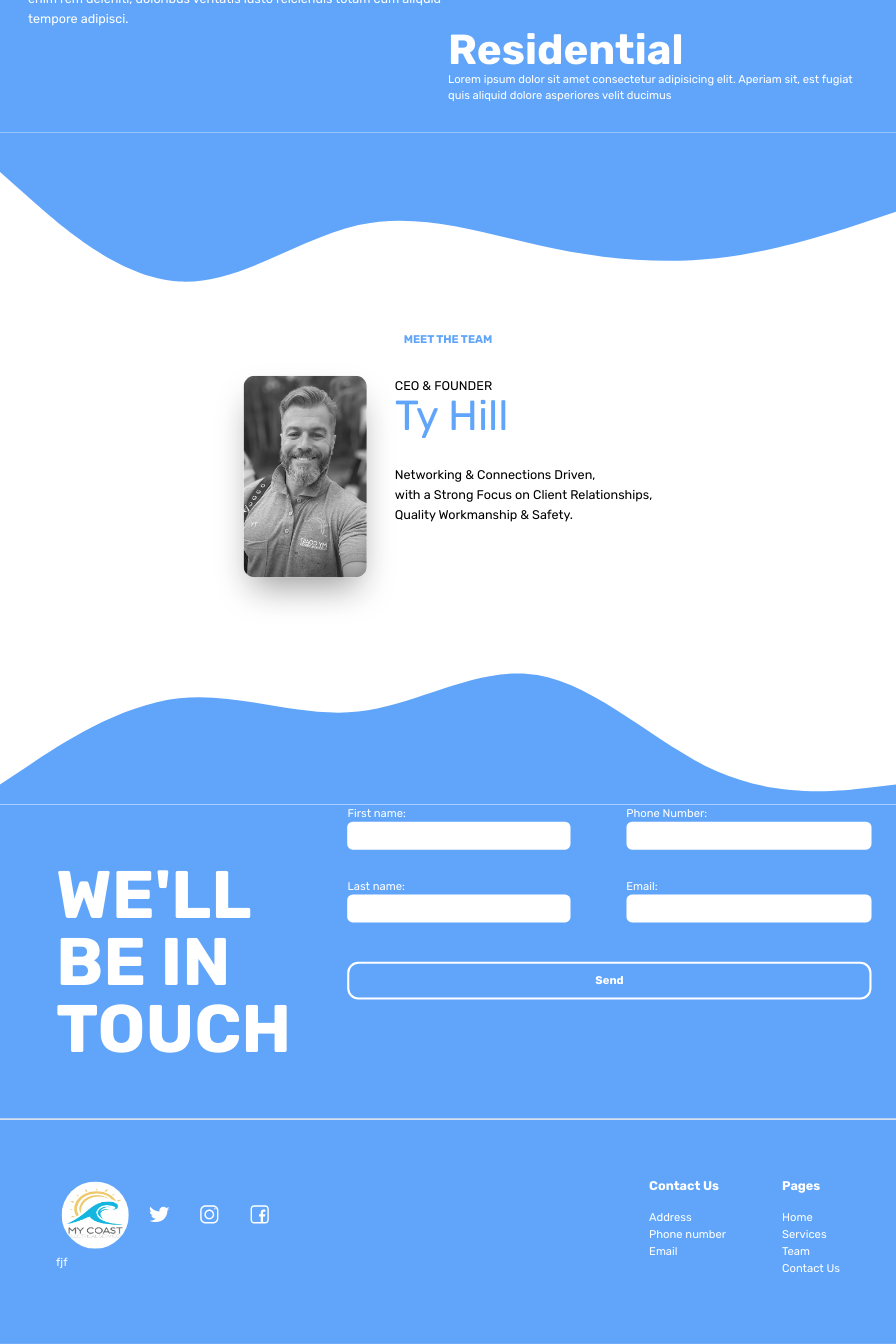
Repository: Jace-Kington/mce-website
Page: /
An editor plug-in stored every save of this project. The page is shown before and after the next save, followed by the edit.
The browser window is 1280 px wide. The pictures show the part of the page from y = 1377 to 3297 px (the page is 3297 px tall), at 70% of full size.
The project was rebuilt for these pictures with package versions that can differ from the ones it lists, and the page was loaded fresh each time. The framework's server and built-in components were replaced by stand-ins that run in the browser. Also part of the build but not shown: next.config.js.

Above is the page before, as saved 2022-11-12 14:30:27.

After the next save:
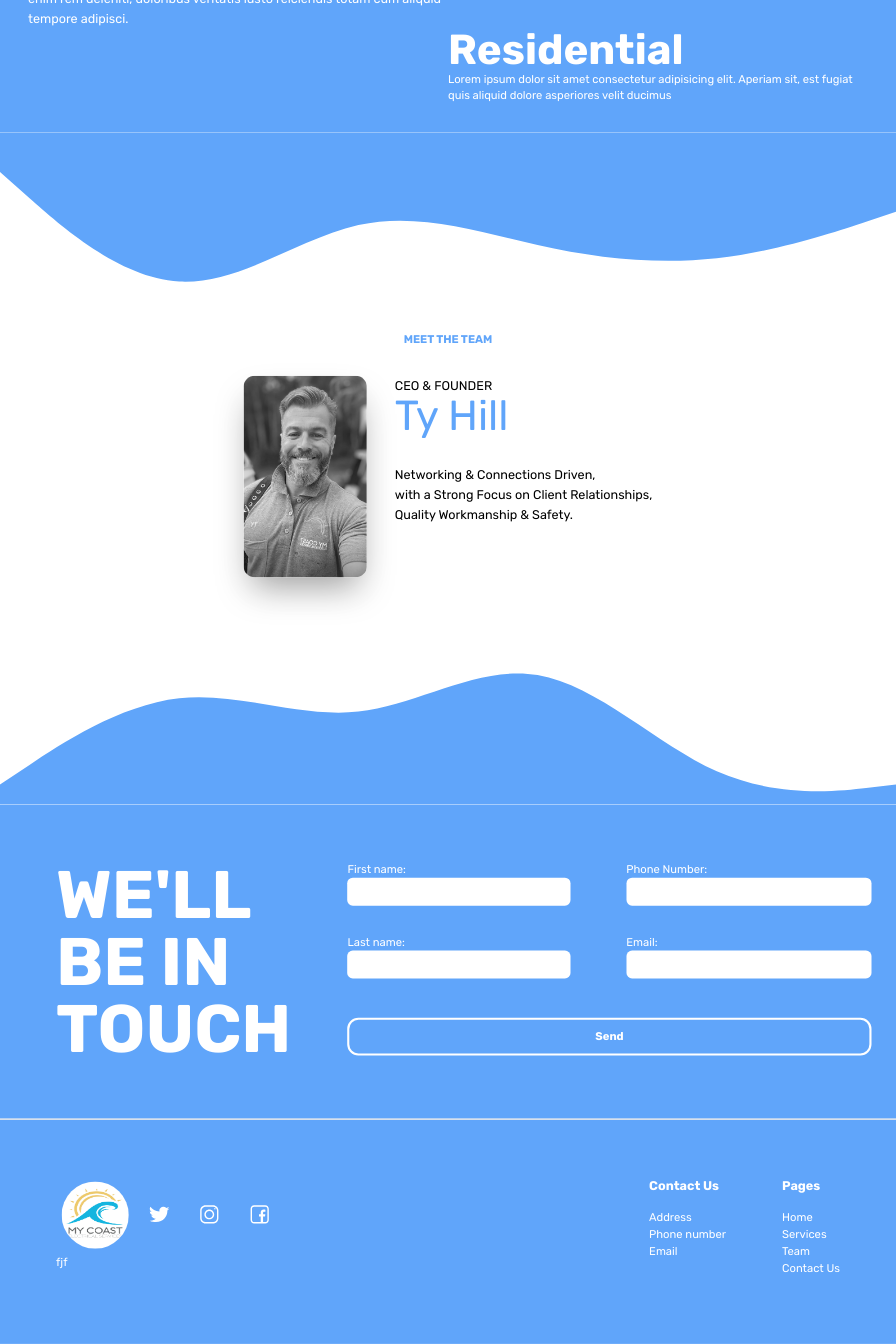
Saved 20 s later.
--- a/components/ContactUs.jsx
+++ b/components/ContactUs.jsx
@@ -33,7 +33,7 @@ const ContactUs = () => {
           <div className='text-white uppercase text-center text-4xl font-semibold md:hidden'>
             We'll Be in Touch
           </div>
-          <form ref = {form} onSubmit = {sendEmail} className = 'pt-20 p-5 sm:p-0'>
+          <form ref = {form} onSubmit = {sendEmail} className = 'pt-20 p-5 sm:p-0 sm:pt-20'>
             <div className = 'flex gap-20 '>
               <div className = 'flex flex-col gap-10'>
                 <div>
